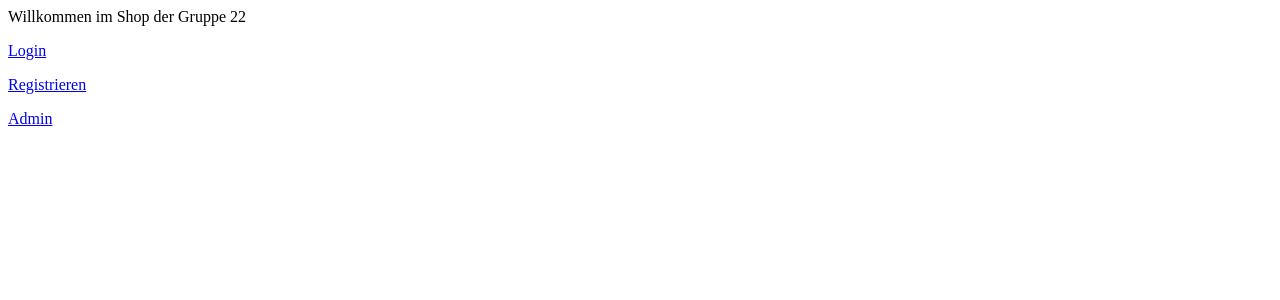
Repository: exic/VIS-Labor
Page: http://localhost/vislabor/
The author's editor kept a copy of each file at every save. The page is drawn from the files as they stood at one save, then again after the next save.
The browser window is 1280 px wide. The pictures show the whole page.
The page is served by Tomcat 9. Other server files are loaded and not shown.

Above is the page before, as saved 2011-05-14 16:12:37.

### workspace/vislabor/WebContent/index.jsp
<%@ page language="java" contentType="text/html; charset=ISO-8859-1" pageEncoding="ISO-8859-1"%>
<!DOCTYPE html PUBLIC "-//W3C//DTD HTML 4.01 Transitional//EN" "http://www.w3.org/TR/html4/loose.dtd">
<%@ taglib prefix="s" uri="/struts-tags"  %>

<html>
	<head>

	</head>
	<body>
		Willkommen im Shop der Gruppe 22

		<p><a href="<s:url action="forward_to_login"/>">Login</a> </p>
		<p><a href="<s:url action="forward_to_register"/>">Registrieren</a> </p>
		<p><a href="<s:url action="forward_to_admin"/>">Admin</a> </p>

	</body>
</html>

After the next save:
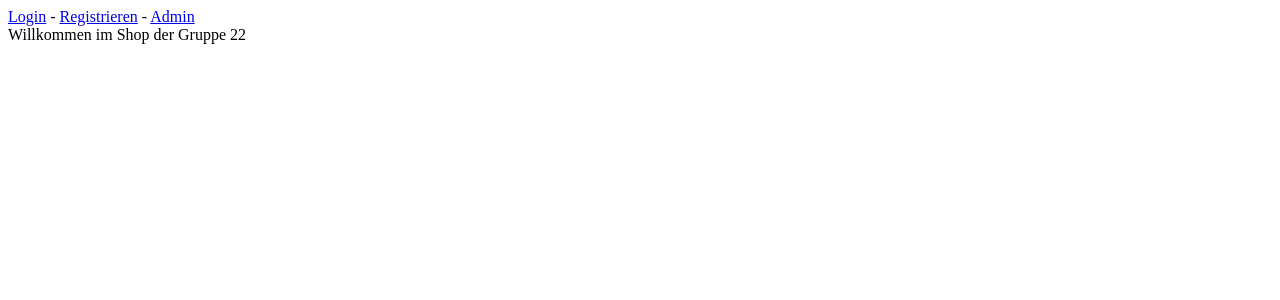
Saved 2 min 12 s later.
--- a/workspace/vislabor/WebContent/index.jsp
+++ b/workspace/vislabor/WebContent/index.jsp
@@ -7,11 +7,10 @@
 
 	</head>
 	<body>
+		<a href="<s:url action="forward_to_login"/>">Login</a> -
+		<a href="<s:url action="forward_to_register"/>">Registrieren</a> -
+		<a href="<s:url action="forward_to_admin"/>">Admin</a>
+		<br />
 		Willkommen im Shop der Gruppe 22
-
-		<p><a href="<s:url action="forward_to_login"/>">Login</a> </p>
-		<p><a href="<s:url action="forward_to_register"/>">Registrieren</a> </p>
-		<p><a href="<s:url action="forward_to_admin"/>">Admin</a> </p>
-
 	</body>
 </html>
